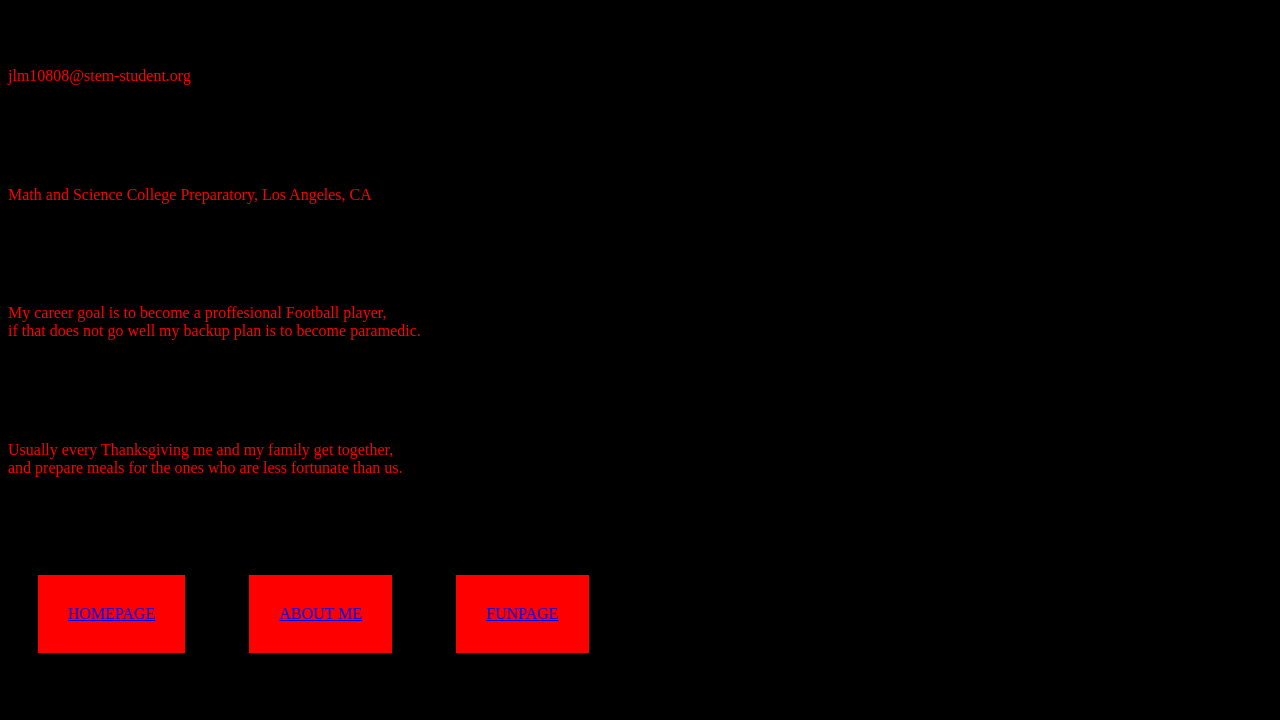
Repository: jlm10808/jlm10808github.io
Page: RESUME.html
The author's editor kept a record of every edit. The page is drawn from the files as they stood at one moment, then again after the next edit.
The browser window is 1280 px wide. The pictures show the whole page.

Above is the page before.

After the next edit:
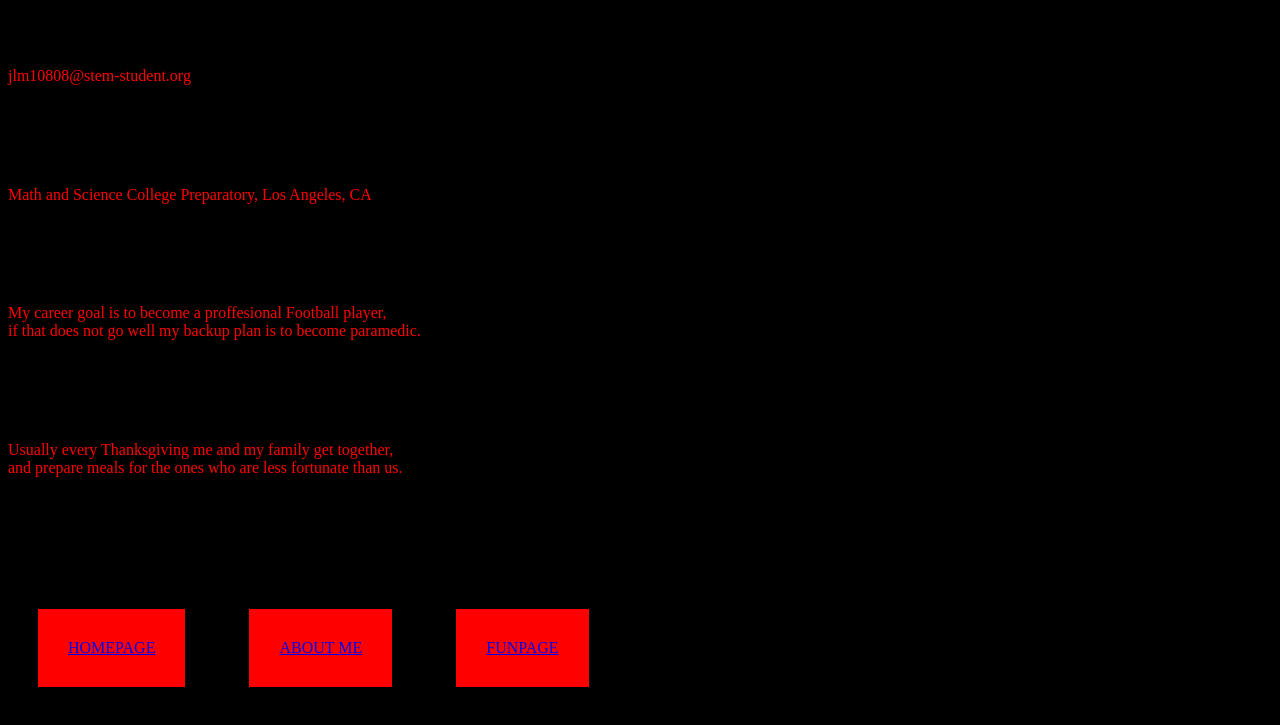
The edit:
--- a/RESUME.html
+++ b/RESUME.html
@@ -15,7 +15,7 @@
 <p>My career goal is to become a proffesional Football player,<br> if that does not go well my backup plan is to become paramedic.</p><br>
 
   <h2>VOLUNTEER EXPERIENCE</h2>
-  <p>Usually every Thanksgiving me and my family get together,<br> and prepare meals for the ones who are less fortunate than us.</p>
+  <p>Usually every Thanksgiving me and my family get together,<br> and prepare meals for the ones who are less fortunate than us.</p><br>
 
 
   <ul>
